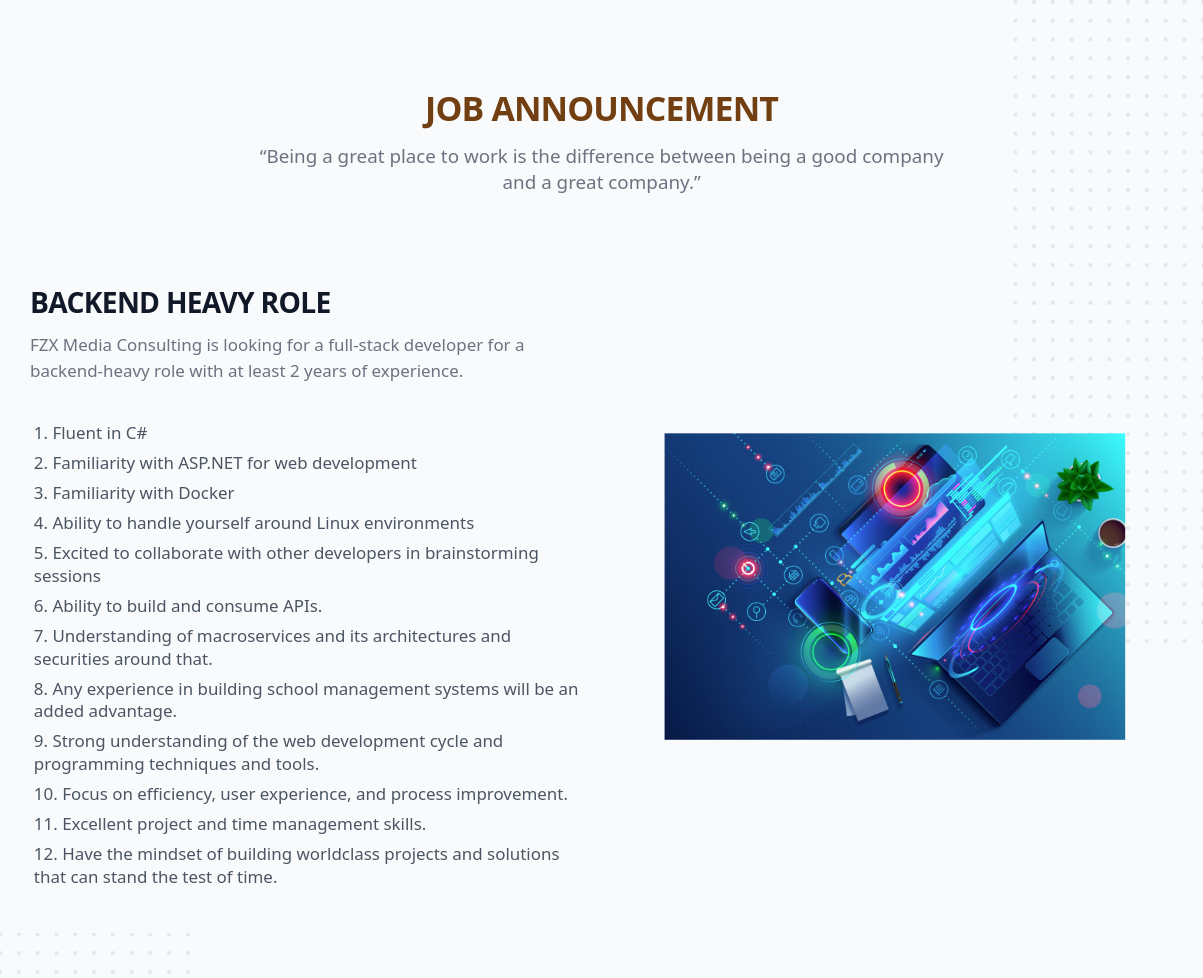
Repository: emorilebo/invotec
Page: /jobs
These files come from the project's save history. The page is drawn as it stood at one moment and after the next save; the edit follows.
The browser window is 1280 px wide. The pictures show the whole page, at 94% of full size.
The project was rebuilt for these pictures with package versions that can differ from the ones it lists, and the page was loaded fresh each time. The framework's server and built-in components were replaced by stand-ins that run in the browser. Also part of the build but not shown: next.config.js.

Above is the page before, as saved 2022-12-07 11:28:30.

After the next save:
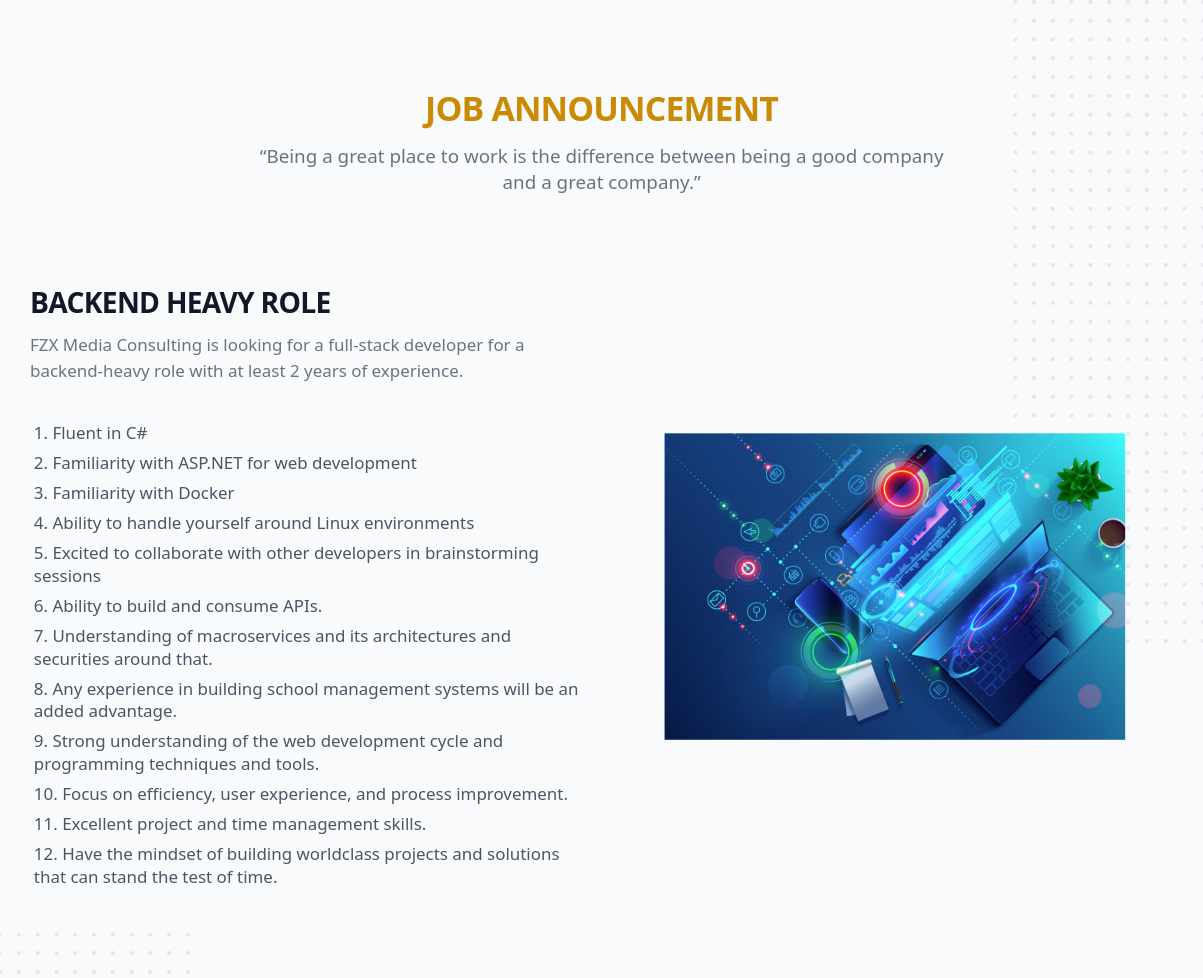
Saved 30 s later.
--- a/pages/jobs.tsx
+++ b/pages/jobs.tsx
@@ -149,7 +149,7 @@ function jobs() {
         </svg>
 
         <div className="relative">
-          <h2 className="text-center text-3xl font-bold leading-8 tracking-tight text-yellow-900 sm:text-4xl">
+          <h2 className="text-center text-3xl font-bold leading-8 tracking-tight text-yellow-600 sm:text-4xl">
             JOB ANNOUNCEMENT
           </h2>
           <p className="mx-auto mt-4 max-w-3xl text-center text-xl text-gray-500">
